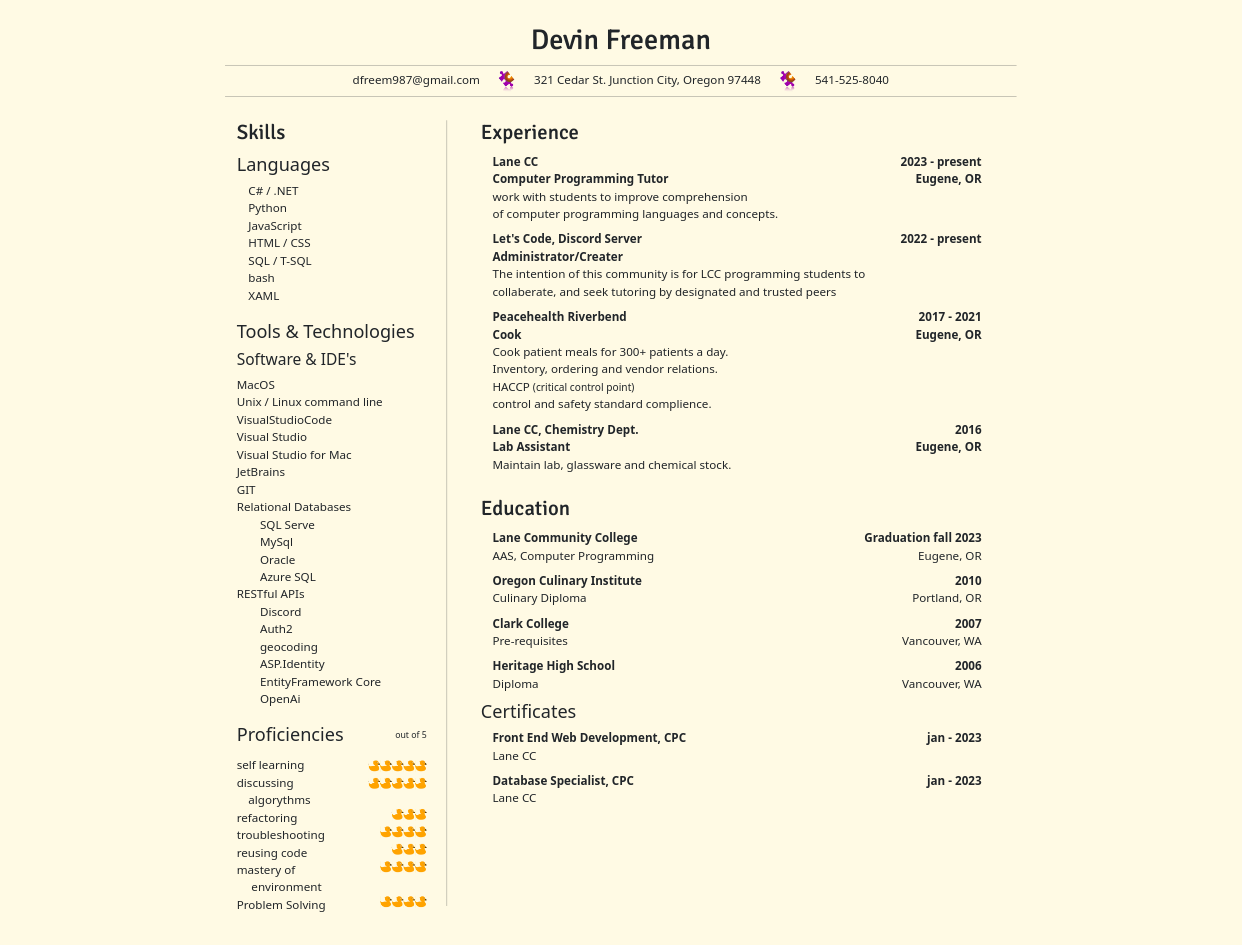
Repository: Dfreem/Resume
Page: index.html
These files come from the project's save history. The page is drawn as it stood at one moment and after the next save; the edit follows.
The browser window is 1280 px wide. The pictures show the whole page, at 97% of full size.

Above is the page before, as saved 2023-02-13 11:47:41.

### index.html
<!DOCTYPE html>
<html lang="en">

<head>
    <meta charset="UTF-8">
    <meta http-equiv="X-UA-Compatible" content="IE=edge">
    <meta name="viewport" content="width=device-width, initial-scale=1.0">
    <link href="https://cdn.jsdelivr.net/npm/bootstrap@5.3.0-alpha1/dist/css/bootstrap.min.css" rel="stylesheet"
        integrity="sha384-GLhlTQ8iRABdZLl6O3oVMWSktQOp6b7In1Zl3/Jr59b6EGGoI1aFkw7cmDA6j6gD" crossorigin="anonymous">
    <link href="resume.css" rel="stylesheet" />
    <title>Devin Freeman</title>
</head>

<body>

    <h1>Devin Freeman</h1>
    <hr />

    <!-- ========= banner ========= -->

    <div class="personal-info">
        dfreem987@gmail.com
        &emsp;
        <span><img src="puzzle.png" class="puzzle-piece"></img></span>
        &emsp;
        321 Cedar St. Junction City, Oregon 97448
        &emsp;
        <span><img src="puzzle.png" class="puzzle-piece"></img></span>
        &emsp;
        541-525-8040
        <!-- &nbsp;freemand@my.lanecc.edu -->
    </div>
    <hr />
    <!-- ========= Skills start ========= -->

    <div class="hstack">
        <div class="vstack skill-stack">
            <h2>Skills</h2>

            <!-- ========= programming language list ========= -->

            <ul class="skill">
                <div class="d-flex flex-row flex-nowrap">
                    <h3>Languages</h3>
                </div>
                <li class="d-flex flex-row flex-nowrap">
                    C# / .NET</li>
                <li class="d-flex flex-row flex-nowrap">
                    Python</li>
                <li class="d-flex flex-row flex-nowrap">
                    JavaScript</li>
                <li class="d-flex flex-row flex-nowrap">
                    HTML / CSS</li>
                <li class="d-flex flex-row flex-nowrap">
                    SQL / T-SQL</li>
                <li class="d-flex flex-row flex-nowrap">
                    bash</li>
                <li class="d-flex flex-row flex-nowrap">
                    XAML</li>
            </ul>
            <ul class="skill">
                <div>
                    <h3>Tools & Technologies</h3>
                    <h4>Software & IDE's</h4>
                    <li>MacOS</li>
                    <li>Unix / Linux command line</li>
                    <li>VisualStudioCode</li>
                    <li>Visual Studio</li>
                    <li>Visual Studio for Mac</li>
                    <li>JetBrains </li>
                    <li>GIT</li>
                    <li>
                        <ul>
                            Relational Databases
                            <li class="ms-4">SQL Serve</li>
                            <li class="ms-4">MySql</li>
                            <li class="ms-4">Oracle</li>
                            <li class="ms-4">Azure SQL</li>
                        </ul>
                    </li>
                    <li>
                        <ul>
                            RESTful APIs
                            <li class="ms-4">Discord</li>
                            <li class="ms-4">Auth2</li>
                            <li class="ms-4">geocoding</li>
                            <li class="ms-4">ASP.Identity</li>
                            <li class="ms-4">EntityFramework Core</li>
                            <li class="ms-4">OpenAi</li>
                        </ul>
                    </li>
                    <li>

                    </li>
                    <li>

                    </li>
                </div>
            </ul>

            <!-- ========= Soft Skills ========= -->
            <div class="d-flex flex-row flex-nowrap">
                <h3>Proficiencies</h3>

                <div class="push-right me-2">
                    <sub>out of 5</sub>
                </div>

            </div>
            <ul class="profs me-2">
                <li class="d-flex flex-row flex-nowrap">
                    self learning<div class="push-right five"></div>
                </li>
                <li class="d-flex flex-row flex-nowrap">
                    discussing <br />&emsp;algorythms<div class="push-right five"></div>
                </li>
                <li class="d-flex flex-row flex-nowrap">
                    refactoring<div class="push-right three"></div>
                </li>
                <li class="d-flex flex-row flex-nowrap">
                    troubleshooting<div class="push-right four"></div>
                </li>
                <li class="d-flex flex-row flex-nowrap">
                    reusing code<div class="push-right three"></div>
                </li>
                <li class="d-flex flex-row flex-nowrap">
                    mastery of <br />&emsp; environment<div class="push-right four">
                    </div>
                </li>
                <li class="d-flex flex-row flex-nowrap">
                    Problem Solving<div class="push-right four"></div>
                </li>
            </ul>

            <!-- ========= Professional References ========= -->

            <!-- <hr class="my-3" />
                <h3>References</h3>
                <dl class="profs me-2">
                    <dt class="d-flex flex-row flex-nowrap">
                        Bryce Fisher
                        <div class="push-right">
                            Lane CC, 2022
                        </div>
                    </dt>
                    <dd>
                        <b>collaborator / school colleague</b><br />
                        360-913-4165 <br />
                        bryce.e.fisher@gmail.com.
                    </dd>
                </dl>

                <dl class="profs me-2">
                    <dt class="d-flex flex-row flex-nowrap">
                        Ben Wilson
                        <div class="push-right">
                            Lane CC, 2022
                    </div>
                </dt>
                <dd>
                    <b>school colleague / tutee</b><br />
                    541-870-0555<br />
                    benosliw@gmail.com
                </dd>
            </dl>

            <dl class="profs me-2">
                <dt class="d-flex flex-row flex-nowrap">
                    Paul Frost
                    <div class="push-right">
                        Lane CC, 2022
                    </div>
                </dt>
                <dd>
                    <b>school colleague / tutee</b><br />
                    458-210-0711<br />
                    workpaulfrost@gmail.com<br />

                </dd>
            </dl> -->
        </div>
        <div class="vr my-4"></div>
        <div class="vstack work-stack">

            <!-- ========= Most Recent Work History ========= -->

            <dl class="work-history mt-4">
                <h2>Experience</h2>

                <!-- ========== Experience ========== -->

                <div class="container work-container">
                    <dt class="d-flex flex-nowrap flex-row">
                        Lane CC
                        <br />
                        Computer Programming Tutor
                        <div class="push-right">
                            2023 - present
                            <br />
                            Eugene, OR
                        </div>
                    </dt>
                    <dd class="ed-details">
                        work with students to improve comprehension <br /> of computer programming languages and
                        concepts.
                    </dd>
                </div>

                <div class="container work-container">
                    <dt class="d-flex flex-nowrap flex-row">
                        Let's Code, Discord Server<br />
                        Administrator/Creater
                        <div class="push-right">2022 - present</div>
                    </dt>
                    <dd class="ed-title">
                        The intention of this community is for LCC programming students to<br />
                        collaberate, and seek tutoring by designated and trusted peers
                    </dd>
                </div>
                <!-- ========== work history slot 2 ========== -->
                <div class="container work-container">
                    <dt class="d-flex flex-nowrap flex-row">
                        Peacehealth Riverbend
                        <br />
                        Cook
                        <div class="push-right">
                            2017 - 2021
                            <br />
                            Eugene, OR
                        </div>
                    </dt>
                    <dd class="ed-details">
                        Cook patient meals for 300+ patients a day. <br />
                        Inventory, ordering and vendor relations. <br />
                        HACCP <small>(critical control point)</small><br />
                        control and safety standard complience. <br />
                    </dd>
                </div>

                <!-- ========== work history slot 3 ========== -->
                <!--
                    <div class="container work-container">
                        <dt class="d-flex flex-nowrap flex-row">
                            McMenamins
                            <br />
                            Assistant kitchen manager
                            <div class="push-right">
                                2011-2013
                                <br />
                                Portland, OR
                                <br />
                            </div>
                        </dt>
                        <dd class="ed-details">
                            Staff management. Food order expeditor. <br />
                            Proficient in all stations including Pizza Kitchen.
                        </dd>
                    </div> -->

                <!-- ========== work history slot 3 ========== -->

                <div class="container work-container">
                    <dt class="d-flex flex-nowrap flex-row">
                        Lane CC, Chemistry Dept.
                        <br />
                        Lab Assistant
                        <div class="push-right">
                            2016
                            <br />
                            Eugene, OR
                        </div>
                    </dt>
                    <dd class="ed-details">Maintain lab, glassware and chemical stock.</dd>
                </div>
            </dl>

            <!-- ========== Education Start ========== -->

            <dl class="education">
                <h2>Education</h2>

                <!-- ========== Education slot 1 ========== -->

                <div class="container work-container">
                    <dt class="d-flex flex-nowrap flex-row">
                        <div class="ed-title">Lane Community College</div>
                        <div class="push-right">Graduation fall 2023</div>
                    </dt>
                    <dd class="d-flex flex-nowrap flex-row">
                        <div class="ed-title">AAS, Computer Programming </div>
                        <span class="push-right"> Eugene, OR </span>
                    </dd>
                </div>

                <!-- ========== Education slot 2 ========== -->

                <div class="container work-container">
                    <dt class="d-flex flex-nowrap flex-row">
                        <div class="ed-title">Oregon Culinary Institute</div>
                        <span class="push-right">2010</span>
                    </dt>
                    <dd class="d-flex flex-nowrap flex-row">
                        <div class="ed-title">Culinary Diploma</div>
                        <span class="push-right">Portland, OR</span>
                    </dd>
                </div>

                <!-- ========== Education slot 3 ========== -->

                <div class="container work-container">
                    <dt class="d-flex flex-nowrap flex-row">
                        <div class="ed-title">Clark College</div>
                        <span class="push-right">2007</span>
                    </dt>
                    <dd class="d-flex flex-nowrap flex-row">
                        <div class="ed-title">Pre-requisites</div>
                        <span class="push-right">Vancouver, WA</span>
                    </dd>
                </div>

                <!-- ========== Education slot 4 ========== -->

                <div class="container work-container">
                    <dt class="d-flex flex-nowrap flex-row">
                        <div class="ed-title">Heritage High School</div>
                        <span class="push-right">2006</span>
                    </dt>
                    <dd class="d-flex flex-nowrap flex-row">
                        <div class="ed-title">Diploma</div>
                        <span class="push-right">Vancouver, WA</span>
                    </dd>
                </div>
                <!-- ========= Certifications ========= -->


                <h3>Certificates</h3>
                <div class="container work-container">
                    <dt class="d-flex flex-row flex-nowrap">
                        <div class="ed-title">Front End Web Development, CPC</div>
                        <span class="push-right">jan - 2023</span>
                    </dt>
                    <dd>Lane CC</dd>
                </div>

                <div class="container work-container">
                    <dt class="d-flex flex-row flex-nowrap"><div class="ed-title">Database Specialist, CPC </div>
                    <span class="push-right">jan - 2023</span>
                    </dt>
                    <dd>Lane CC
                    </dd>
                </div>
        </div>
        </dl>



    </div>
    </div>
    <dl class="d-grid container">
        <div class="row">

    </dl>
    </div>

</body>
<script src="https://cdn.jsdelivr.net/npm/bootstrap@5.3.0-alpha1/dist/js/bootstrap.bundle.min.js"
    integrity="sha384-w76AqPfDkMBDXo30jS1Sgez6pr3x5MlQ1ZAGC+nuZB+EYdgRZgiwxhTBTkF7CXvN"
    crossorigin="anonymous"></script>

</html>

### resume.css
@import url('https://fonts.googleapis.com/css2?family=Raleway:ital,wght@0,500;0,700;0,800;1,500&family=Signika:wght@400;500;700&display=swap');

/*
font-family: 'Raleway', sans-serif;
font-family: 'Signika', sans-serif;
*/
body {
    /* padding-inline: 0.5in; */
    padding-block-start: 2em;
    margin: auto;
    max-width: 8.5in;
    min-width: 8.5in;
    max-height: 11in;
    font-size: 12px;
    background-color: rgb(255, 250, 228);
}

.personal-info {
    text-align: center;
    margin-bottom: 0;
}

h1 {
    font-family: 'Signika', sans-serif;
    text-align: center;
    font-size: 22pt;
    letter-spacing: 105%;
}

h2 {
    font-family: 'Signika', sans-serif;
    font-size: 16pt;
    margin-block-start: 0;
}

h3 {
    font-size: 14pt;
    width: fit-content;
}

h4 {
    font-size: 12pt;
}

.puzzle-piece {
    width: 1.6em;
    margin-block: .3em;
}

.work-history {
    min-width: 90%;
    align-self: flex-end;
    margin-inline-end: 2em;
}

.seperater {
    position: relative;
    right: -35%;
    height:25px;
}

.education {
    align-self: flex-end;
    margin-inline-end: 2em;
    width: 90%;
}

.skill-stack {
    min-width:25%;
    max-width: 25%;
    margin-inline:1em;
    margin-block-end: 1em;
    margin-top: 2em;
    /* background-color: chartreuse; */
}

.push-right {
    margin-inline-start: auto;
    text-align: right;
}

.profs {
    font-size: 12px;
    margin-block: .3em;
}

.five {
    background-image: url("ducky.png");
    background-size: 12px;
    background-repeat: repeat-x;
    width:60px;
    background-position: 0 4px;
 }

.four {
    background-image: url("ducky.png");
    background-size: 12px;
    background-repeat: repeat-x;
    width:48px;
    /* background-position: ; */
}

.three {
    background-image: url("ducky.png");
    background-size: 12px;
    background-repeat: repeat-x;
    width:36px;
 }
.two {
    background-image: url("ducky.png");
    background-size: 12px;
    background-repeat: repeat-x;
    width:24px;
 }

 .skill > li {
    text-indent: 1em;
 }

hr {
    margin-block: 0;
}

ul {
    padding-Inline: 0;
}

li {
    list-style: none;
}

After the next save:
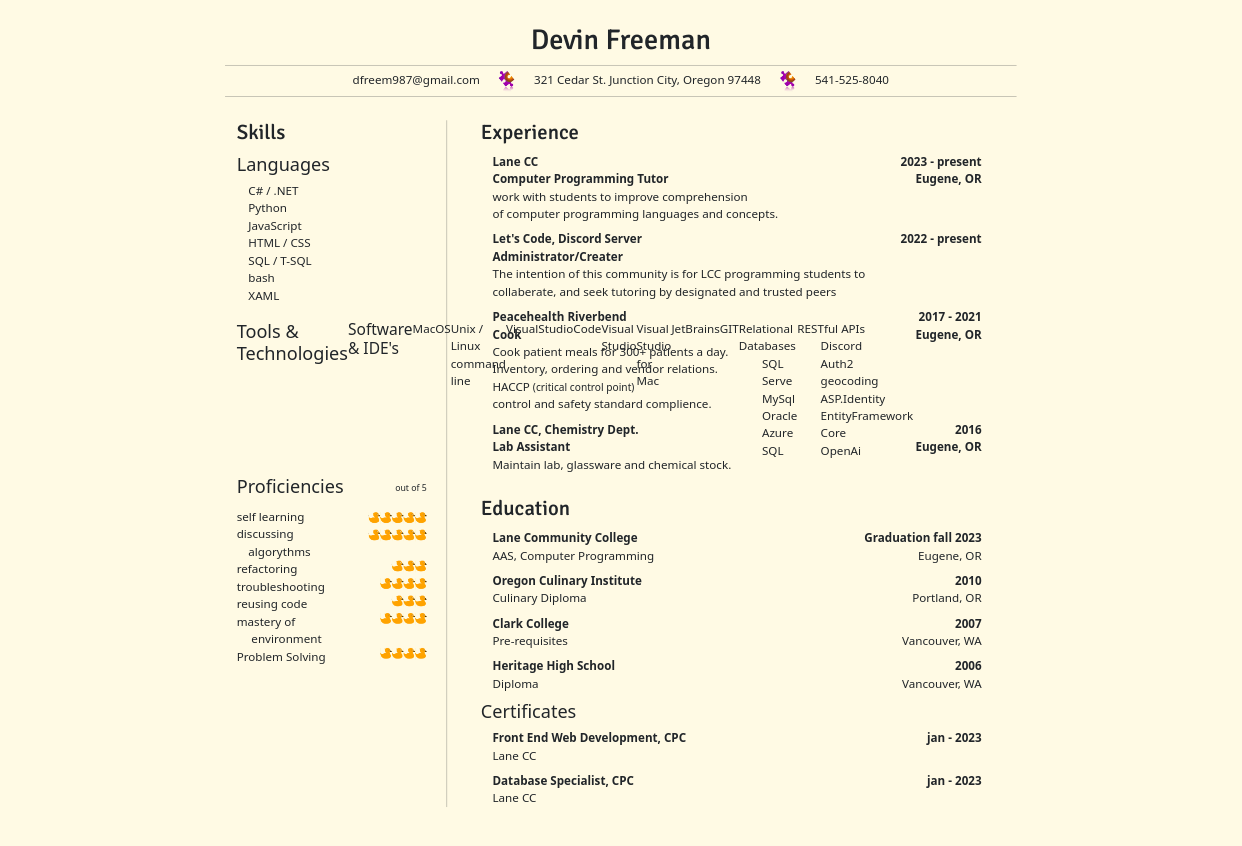
Saved 27 s later.
--- a/index.html
+++ b/index.html
@@ -59,7 +59,7 @@
                     XAML</li>
             </ul>
             <ul class="skill">
-                <div>
+                <div class="d-flex flex-row flex-nowrap">
                     <h3>Tools & Technologies</h3>
                     <h4>Software & IDE's</h4>
                     <li>MacOS</li>

After the save that followed:
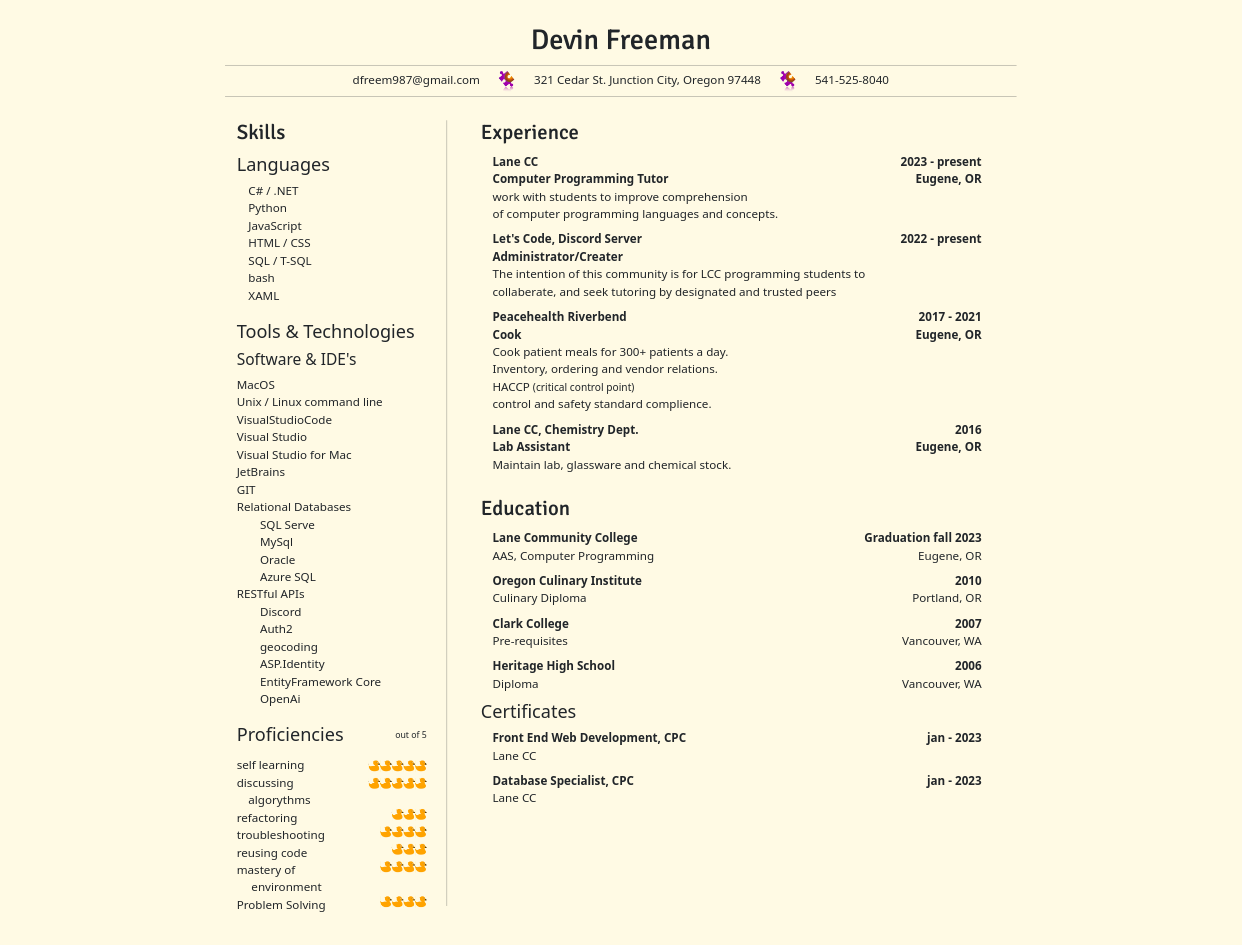
Saved 7 s later.
--- a/index.html
+++ b/index.html
@@ -59,7 +59,7 @@
                     XAML</li>
             </ul>
             <ul class="skill">
-                <div class="d-flex flex-row flex-nowrap">
+                <div>
                     <h3>Tools & Technologies</h3>
                     <h4>Software & IDE's</h4>
                     <li>MacOS</li>
